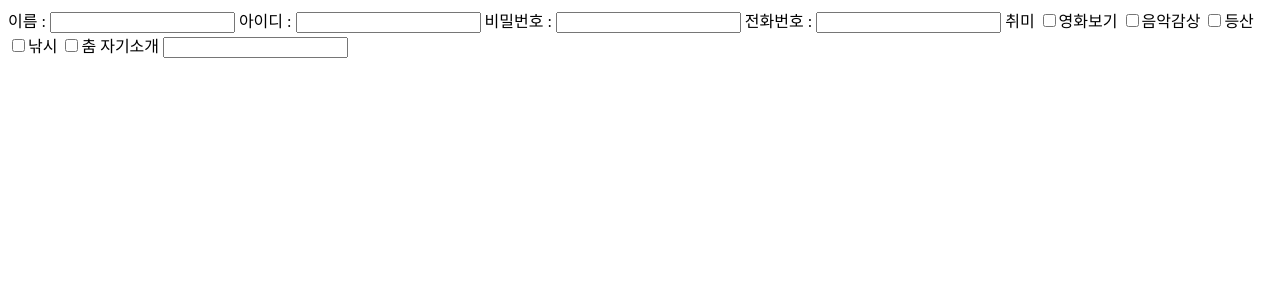
Repository: coolSummer1119/study
Page: http://localhost/ch03_Jsp/ch03_nestedObject/s05_registerForm.jsp
These files come from the project's save history. The page is drawn as it stood at one moment and after the next save; the edit follows.
The browser window is 1280 px wide. The pictures show the whole page.
The page is served by Tomcat 9. Other server files are loaded and not shown.

Above is the page before, as saved 2024-04-23 01:30:31.

### workspace/ch03_Jsp/src/main/webapp/ch03_nestedObject/s05_registerForm.jsp
<%@ page language="java" contentType="text/html; charset=UTF-8"
    pageEncoding="UTF-8"%>
<!DOCTYPE html>
<html>
<head>
<meta charset="UTF-8">
<title>[실습]회원가입</title>
</head>
<body>
<%-- 이름 (name), 아이디(id), 비밀번호(password), 전화번호(phone),취미(hobby) -영화보기, 음악감상, 등산, 낚시, 춤
	자기소개(content) - textarea

	s06_register.jsp로 전송 , 전송 방식post
	출력예시
	이름 : 홍길동 (필수)
	아이디 : dragon (필수)
	비밀번호 : 1234 (필수)
	전화번호 : 010-1234-5678
	자기소개 : 서울에서 태어나서 계속 서울 거주
 --%>
<form action="s06_register.jsp" method="post">
	이름 : <input type="text" name="name"	id="name">
	아이디 : <input type="text" name="id"	id="id">
	비밀번호 : <input type="text" name="password"	id="password">
	전화번호 : <input type="text" name="phone"	id="phone">
	취미
	<input type="checkbox" name="hobby"	value="영화보기">영화보기
	<input type="checkbox" name="hobby"	value="음악감상">음악감상
	<input type="checkbox" name="hobby"	value="등산">등산
	<input type="checkbox" name="hobby"	value="낚시">낚시
	<input type="checkbox" name="hobby"	value="춤">춤
	자기소개
	<input type="textarea" cols="50" rows="30">

</form>
</body>
</html>

After the next save:
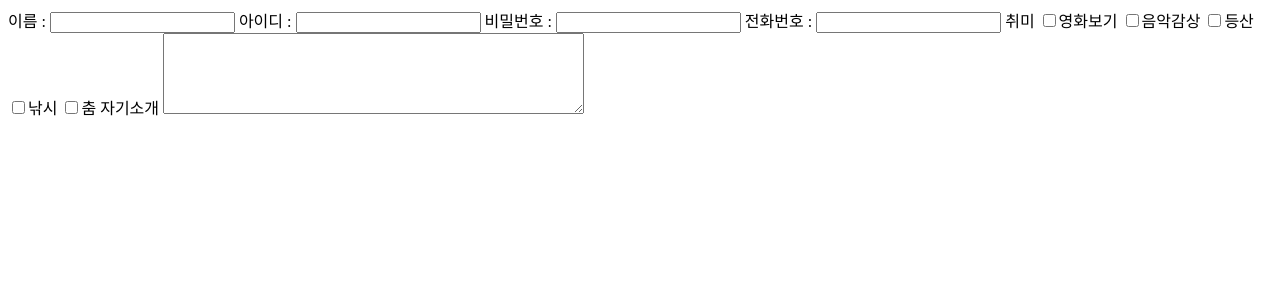
Saved 78 s later.
--- a/workspace/ch03_Jsp/src/main/webapp/ch03_nestedObject/s05_registerForm.jsp
+++ b/workspace/ch03_Jsp/src/main/webapp/ch03_nestedObject/s05_registerForm.jsp
@@ -30,7 +30,7 @@
 	<input type="checkbox" name="hobby"	value="낚시">낚시
 	<input type="checkbox" name="hobby"	value="춤">춤
 	자기소개
-	<input type="textarea" cols="50" rows="30">
+	<textarea rows="5" cols="50" name="content"></textarea>
 
 </form>
 </body>
